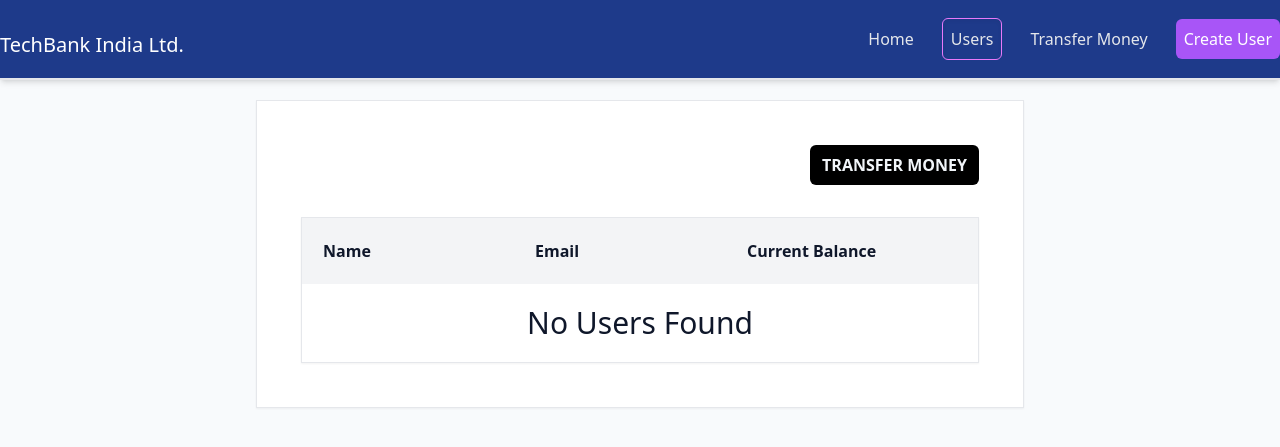
Repository: gauribhardwajj/TechBank
Page: /users
The author's editor kept a copy of each file at every save. The page is drawn from the files as they stood at one save, then again after the next save.
The browser window is 1280 px wide. The pictures show the whole page.
The page's requests for data from a server got no answer. The project was rebuilt for these pictures with package versions that can differ from the ones it lists, and the page was loaded fresh each time. A package was used in the major version that the imports need, not the one package.json lists. The framework's server and built-in components were replaced by stand-ins that run in the browser. No one was signed in, and anything a server would have sent is missing. Also part of the build but not shown: next.config.js, next.config.mjs.

Above is the page before, as saved 2024-08-26 14:58:00.

After the next save:
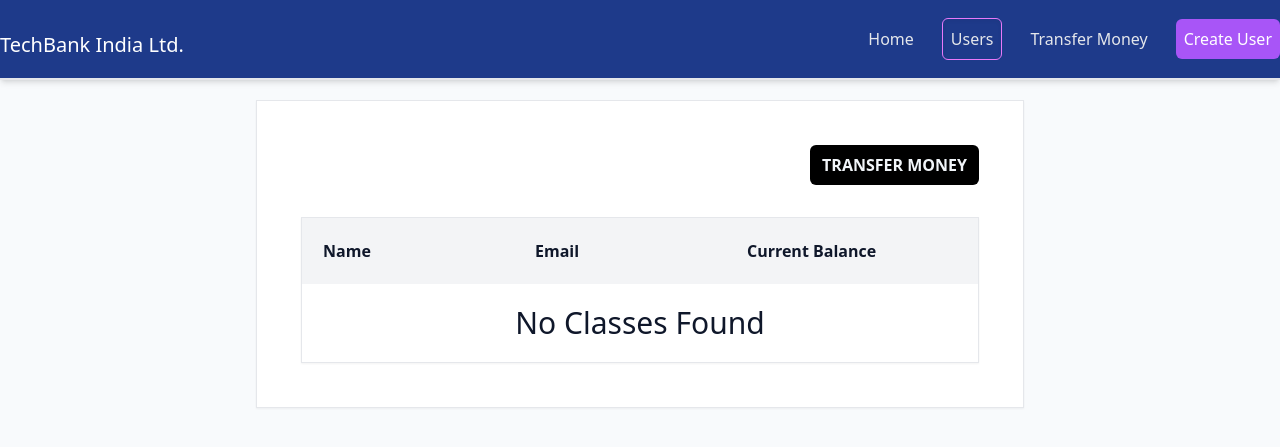
Saved 4 min 3 s later.
--- a/pages/users.js
+++ b/pages/users.js
@@ -35,15 +35,16 @@ const Users = ({ users }) => {
                   <th className="capitalize">Current Balance</th>
                 </tr>
               </thead>
-              <tbody>
+              <tbody className="">
                 {users?.data?.length > 0 ? (
-                  users.data.map((user) => (
+                  users?.data?.map((user) => (
                     <tr
                       key={user._id}
                       className="p-5 grid grid-cols-3 justify-items-start w-full text-xs md:text-base"
                     >
                       <td
                         onClick={() => router.push(`/${user._id}`)}
+                        key={user._id}
                         className="link"
                       >
                         {user.name}
@@ -54,7 +55,7 @@ const Users = ({ users }) => {
                   ))
                 ) : (
                   <tr className="p-5 grid place-items-center w-full text-xs md:text-base">
-                    <td className="text-3xl font-medium">No Users Found</td>
+                    <td className="text-3xl font-medium">No Classes Found</td>
                   </tr>
                 )}
               </tbody>
